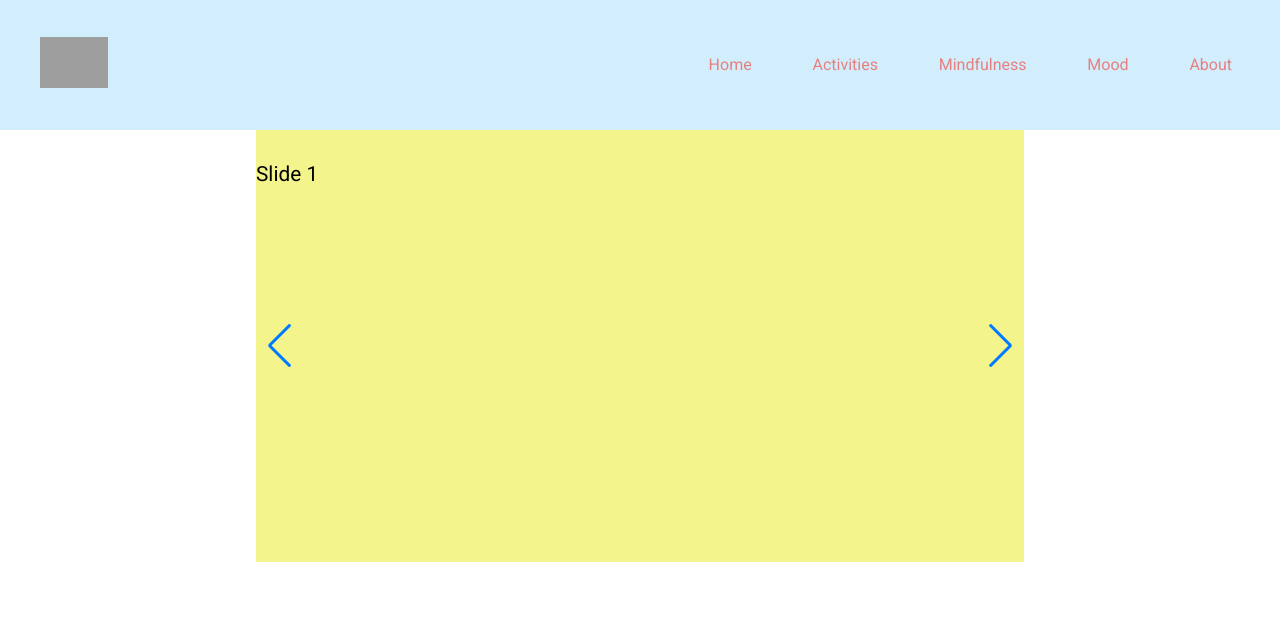
Repository: Nafisa-Huda/HealthierMind
Page: public/mindfulness.html
These files come from the project's save history. The page is drawn as it stood at one moment and after the next save; the edit follows.
The browser window is 1280 px wide. The pictures show the whole page.
Pictures or frames that could not be fetched are drawn as grey boxes. Some web fonts or font styles are not loaded; a fallback is used.

Above is the page before, as saved 2022-07-13 15:34:50.
Console error: ReferenceError: Swiper is not defined

After the next save:
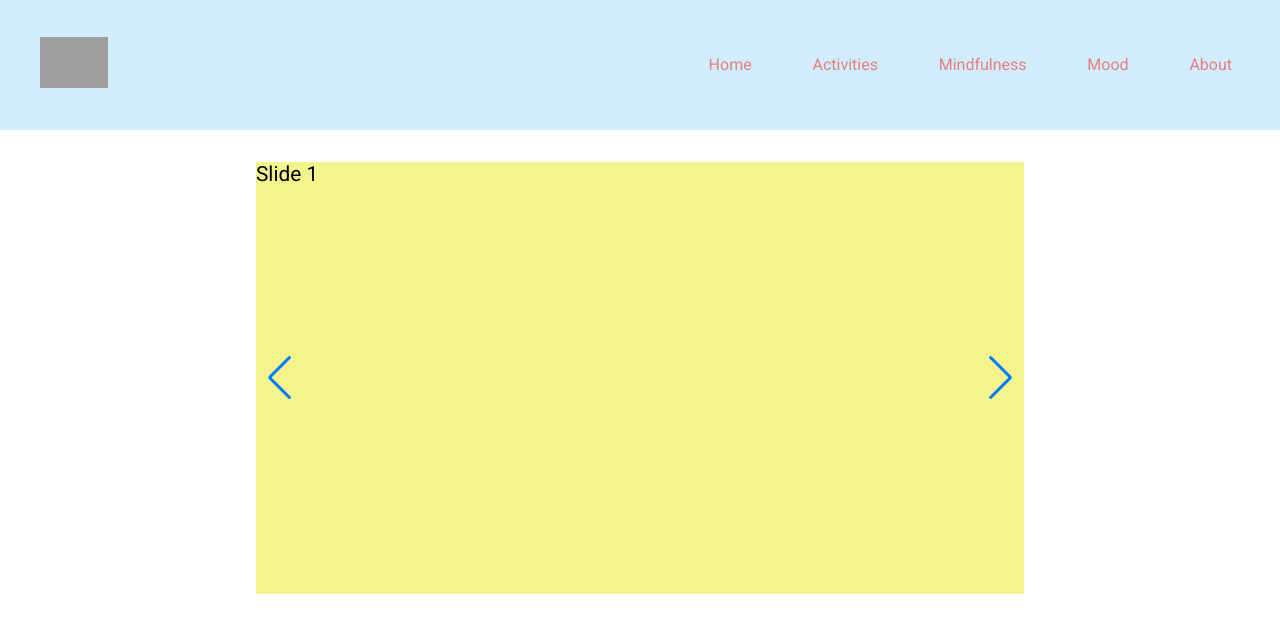
Saved 7 s later.
--- a/public/css/mindfulness.css
+++ b/public/css/mindfulness.css
@@ -121,6 +121,6 @@
 .swiper {
     width:60vw;
     height: 60vh;
-    padding-top: 2rem;
+    margin-top: 2rem;
     background-color: rgb(244, 244, 141);
   }

After the save that followed:
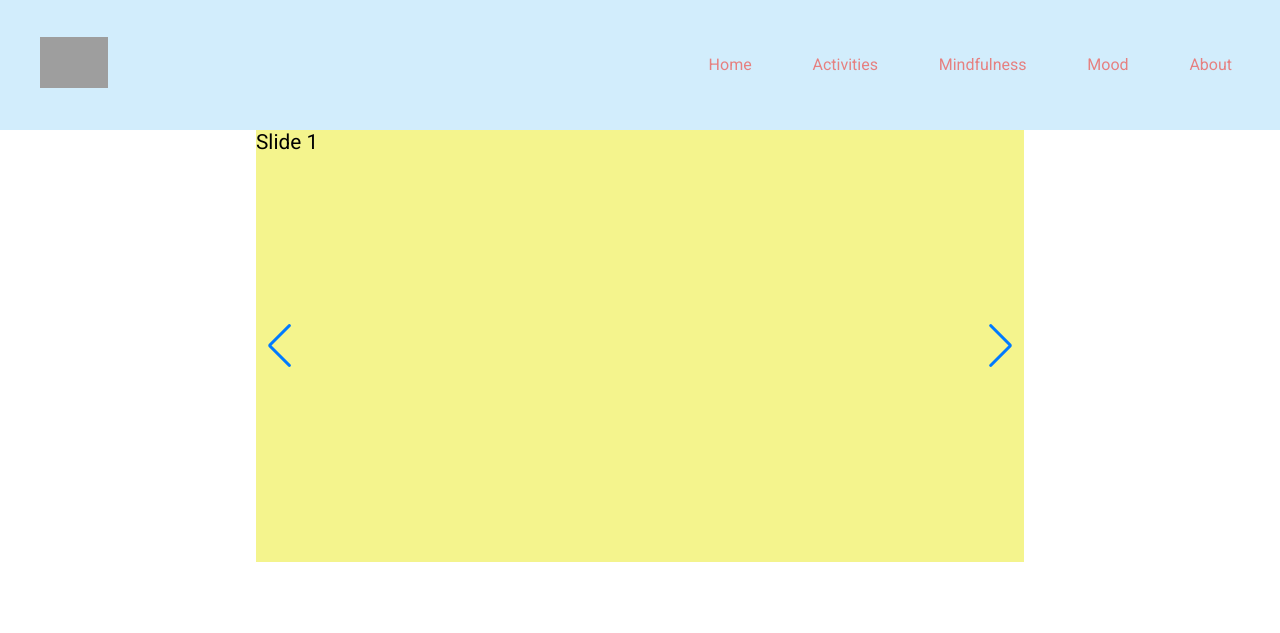
Saved 22 s later.
--- a/public/css/mindfulness.css
+++ b/public/css/mindfulness.css
@@ -121,6 +121,6 @@
 .swiper {
     width:60vw;
     height: 60vh;
-    margin-top: 2rem;
+    margin: auto;
     background-color: rgb(244, 244, 141);
   }
